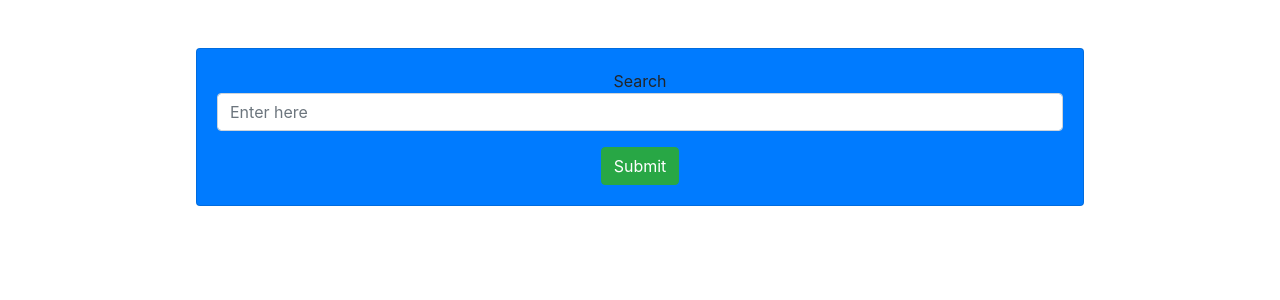
Repository: parvaizsajad/SpringFrameWork
Page: http://localhost/com.springMvc.search/home
An editor plug-in stored every save of this project. The page is shown before and after the next save, followed by the edit.
The browser window is 1280 px wide. The pictures show the whole page.
Some web libraries are served in a nearby version. The page is served by Tomcat 9.

Above is the page before, as saved 2021-09-10 09:35:38.

After the next save:
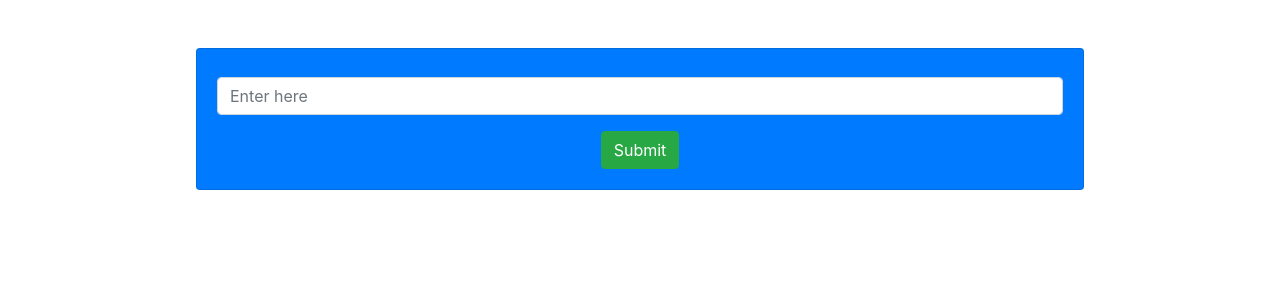
Saved 2 min 47 s later.
--- a/com.springMvc.search/src/main/webapp/WEB-INF/views/home.jsp
+++ b/com.springMvc.search/src/main/webapp/WEB-INF/views/home.jsp
@@ -20,7 +20,7 @@
 
 <form>
   <div class="form-group">
-  <div style="text-align: center; >   <label for="text" ">Search</label></div>
+<div><h3 class="text-center text-white"></h3></div>
 
     <input type="text" class="form-control" id="text1"  placeholder="Enter here" name="text">
 
